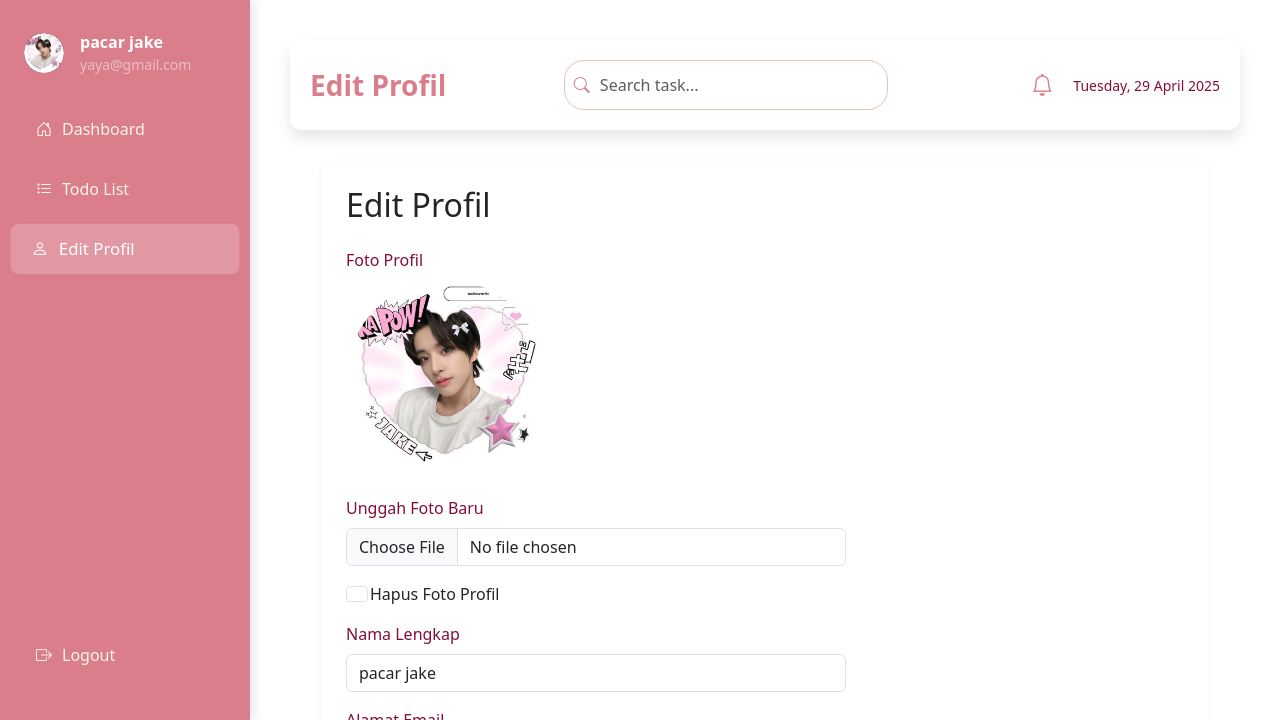
Repository: zhr-nabila/FloTime
Page: http://localhost/profile.php
An editor plug-in stored every save of this project. The page is shown before and after the next save, followed by the edit.
The browser window is 1280 px wide. The pictures show the whole page.
An inner scrolling area shows only its first screen. The page is run by PHP 8.4 with error messages shown; the project is at /var/www/html/. The session is filled in as if someone had signed in: {"email": "yaya@gmail.com", "status": "login", "user_id": 2}. Other server files are loaded and not shown. The database holds what the project's SQL file puts in it.

Above is the page before, as saved 2025-04-30 20:32:22.

### profile.php
<?php
session_start();
include 'koneksi.php';

if (!isset($_SESSION['email'])) {
    header("Location: login.php");
    exit;
}

$email = $_SESSION['email'];
$activePage = 'profile';

// Ambil data user
$query = mysqli_query($conn, "SELECT * FROM users WHERE email = '$email'");
$user = mysqli_fetch_assoc($query);

// Proses update
if ($_SERVER["REQUEST_METHOD"] == "POST") {
    $new_name = mysqli_real_escape_string($conn, $_POST['name']);
    $new_email = mysqli_real_escape_string($conn, $_POST['email']);
    $photo_name = $user['photo']; // default photo lama

    // Upload foto jika ada
    if (isset($_FILES['photo']) && $_FILES['photo']['error'] == 0) {
        $allowed = ['jpg', 'jpeg', 'png', 'gif'];
        $ext = strtolower(pathinfo($_FILES['photo']['name'], PATHINFO_EXTENSION));
        if (in_array($ext, $allowed)) {
            $filename = uniqid() . '.' . $ext;
            move_uploaded_file($_FILES['photo']['tmp_name'], 'uploads/' . $filename);
            // Hapus file lama
            if ($user['photo'] && file_exists('uploads/' . $user['photo'])) {
                unlink('uploads/' . $user['photo']);
            }
            $photo_name = $filename;
        }
    }

    // Hapus foto jika dipilih
    if (isset($_POST['delete_photo']) && $user['photo']) {
        if (file_exists('uploads/' . $user['photo'])) {
            unlink('uploads/' . $user['photo']);
        }
        $photo_name = null;
    }

    $update = mysqli_query($conn, "UPDATE users SET name='$new_name', email='$new_email', photo=" . ($photo_name ? "'$photo_name'" : "NULL") . " WHERE email='$email'");

    if ($update) {
        $_SESSION['email'] = $new_email;
        header("Location: profile.php");
        exit;
    } else {
        $error = "Gagal memperbarui profil.";
    }
}
?>

<!DOCTYPE html>
<html lang="id">
<head>
    <meta charset="UTF-8">
    <title>Edit Profil</title>
    <link rel="stylesheet" href="css/style.css">
    <link rel="stylesheet" href="css/profile.css">
    <link href="https://cdn.jsdelivr.net/npm/bootstrap@5.3.3/dist/css/bootstrap.min.css" rel="stylesheet">
    <link href="https://cdn.jsdelivr.net/npm/bootstrap-icons@1.10.5/font/bootstrap-icons.css" rel="stylesheet">
</head>
<body>

<?php include 'includes/sidebar.php'; ?>

<div class="main-content">
    <?php
    $pageTitle = "Edit Profil";
    include 'includes/topbar.php';
    ?>
    <div class="content p-4">
        <h2 class="mb-4">Edit Profil</h2>

        <form method="POST" enctype="multipart/form-data" class="form-profile">
            <div class="mb-3">
                <label class="form-label">Foto Profil</label><br>
                <?php if ($user['photo']) : ?>
                    <img src="uploads/<?= htmlspecialchars($user['photo']) ?>" alt="Foto" class="rounded-circle" width="200" height="200">
                <?php else : ?>
                    <div class="user-avatar-lg">
                        <?= strtoupper(substr($user['name'] ?: $user['email'], 0, 1)) ?>
                    </div>
                <?php endif; ?>
            </div>

            <div class="mb-3">
                <label for="photo" class="form-label">Unggah Foto Baru</label>
                <input type="file" name="photo" id="photo" class="form-control">
            </div>

            <?php if ($user['photo']) : ?>
                <div class="mb-3 form-check">
                    <input class="form-check-input" type="checkbox" name="delete_photo" id="delete_photo">
                    <label class="form-check-label" for="delete_photo">Hapus Foto Profil</label>
                </div>
            <?php endif; ?>

            <div class="mb-3">
                <label for="name" class="form-label">Nama Lengkap</label>
                <input type="text" name="name" id="name" class="form-control" value="<?= htmlspecialchars($user['name']) ?>" required>
            </div>

            <div class="mb-3">
                <label for="email" class="form-label">Alamat Email</label>
                <input type="email" name="email" id="email" class="form-control" value="<?= htmlspecialchars($user['email']) ?>" required>
            </div>

            <?php if (isset($error)) : ?>
                <div class="alert alert-danger"><?= $error ?></div>
            <?php endif; ?>

            <button type="submit" class="btn btn-primary">Simpan Perubahan</button>
        </form>
    </div>
</div>
</body>
</html>

### koneksi.php
<?php
$host = "localhost";
$user = "root";
$pass = "";
$db = "todolist";

$conn = mysqli_connect($host, $user, $pass, $db);

if (!$conn) {
    die("Koneksi gagal: " . mysqli_connect_error());
}

### includes/sidebar.php
<?php
if (!isset($_SESSION)) session_start();
include_once 'koneksi.php';

$email = $_SESSION['email'] ?? '';

// Ambil data user
$query = mysqli_query($conn, "SELECT * FROM users WHERE email = '$email'");
$user = mysqli_fetch_assoc($query);

// Ambil nama dan foto
$name = $user['name'] ?? '';
$avatar = $user['photo'] ?? null; // GUNAKAN 'photo' bukan 'avatar'

// Ambil inisial dari nama jika ada, kalau tidak dari email
$display_name = $name ?: $email;
$initial = strtoupper(substr($display_name, 0, 1));
?>

<div class="sidebar d-flex flex-column">
    <div class="px-4 d-flex align-items-center mb-4">
        <div class="user-avatar">
            <?php if ($avatar && file_exists("uploads/$avatar")): ?>
                <img src="uploads/<?= htmlspecialchars($avatar) ?>" alt="Avatar">
            <?php else: ?>
                <?= $initial ?>
            <?php endif; ?>
        </div>
        <div class="ms-3">
            <div class="fw-semibold"><?= htmlspecialchars($name ?: 'User') ?></div>
            <div class="small text-white-50"><?= htmlspecialchars($email) ?></div>
        </div>
    </div>
    <nav class="nav flex-column px-3">
        <a class="nav-link <?= ($activePage == 'dashboard') ? 'active' : '' ?>" href="dashboard.php">
            <i class="bi bi-house-door"></i> Dashboard
        </a>
        <a class="nav-link <?= ($activePage == 'todo') ? 'active' : '' ?>" href="todo.php">
            <i class="bi bi-list-task"></i> Todo List
        </a>
        <a class="nav-link <?= ($activePage == 'profile') ? 'active' : '' ?>" href="profile.php">
            <i class="bi bi-person"></i> Edit Profil
        </a>
        <a class="nav-link logout" href="logout.php">
            <i class="bi bi-box-arrow-right"></i> Logout
        </a>
    </nav>
</div>

### includes/topbar.php
<div class="header">
    <div class="title"><?= isset($pageTitle) ? htmlspecialchars($pageTitle) : 'Untitled'; ?></div>
    <div class="search-bar">
        <form method="GET" action="todo.php" class="d-flex">
            <input type="text" name="search" class="form-control" placeholder="Search task..." value="<?= isset($_GET['search']) ? htmlspecialchars($_GET['search']) : '' ?>">
            <button type="submit" class="btn"><i class="bi bi-search"></i></button>
        </form>
    </div>

    <div class="notifications">
        <i class="bi bi-bell"></i>
        <div class="date"><?= date('l, d F Y') ?></div>
    </div>
</div>

### css/style.css
@import url('https://fonts.googleapis.com/css2?family=Poppins:wght@500&display=swap');

:root {
    --c0: #ffffff;
    --c1: #E3919F;
    --c2: #E7C0BC;
    --c3: #370808;
    --c4: #D97E8A;
    --c5: #EC9FAB;
    --c6: #000000;
    /* gradient */
    --c7: #850e35;
    --c8: #ee6983;
    --c9: #ffc4c4;
    --c10: #fff5e4;
    --c11: #d1d5db;
}


*:not(input):not(textarea):not([contenteditable="true"]) {
    caret-color: transparent !important;
}

input,
textarea,
[contenteditable="true"] {
    caret-color: auto;
    outline: none;
    padding: 6px 10px;
    border-radius: 5px;
    transition: border 0.2s ease;
}

body {
    background: #f5f8fa;
    font-family: 'Segoe UI', sans-serif;
    margin: 0;
    padding: 0;
    overflow: hidden;
}

html,
body {
    height: 100%;
}


::-webkit-scrollbar {
    display: none;
}

.main-content {
    margin-left: 250px;
    padding: 40px;
    height: 100vh;
    overflow-y: auto;
}


.sidebar {
    height: 100vh;
    background: var(--c4);
    color: var(--c0);
    padding-top: 30px;
    position: fixed;
    width: 250px;
    transition: all 0.3s;
    box-shadow: 4px 0 10px rgba(0, 0, 0, 0.1);
}

.sidebar .nav-link {
    color: var(--c10);
    padding: 12px 20px;
    margin: 6px 0;
    border-radius: 8px;
    display: flex;
    align-items: center;
    gap: 10px;
    transition: all 0.3s ease;
    font-size: 16px;
}

.sidebar .nav-link:hover,
.sidebar .nav-link.active {
    background-color: rgba(255, 255, 255, 0.2);
    color: var(--c0);
    transform: scale(1.05);
}

.sidebar .nav-link.logout {
    color: var(--c10);
    padding: 12px 20px;
    margin: 22rem 0;
    border-radius: 8px;
    display: flex;
    align-items: center;
    gap: 10px;
    transition: all 0.3s ease;
    font-size: 16px;
}

.sidebar .nav-link.logout:hover {
    background-color: rgba(255, 255, 255, 0.2);
    color: var(--c0);
    transform: scale(1.05);
}

.main-content {
    margin-left: 250px;
    padding: 40px;
}

.header {
    display: flex;
    justify-content: space-between;
    align-items: center;
    padding: 20px;
    background: var(--c0);
    border-radius: 12px;
    box-shadow: 0 8px 15px rgba(0, 0, 0, 0.1);
    margin-bottom: 20px;
}

.header .title {
    font-size: 28px;
    font-weight: bold;
    color: var(--c4);
}

.header .search-bar {
    position: relative;
    width: 350px;
}

.header .search-bar input {
    width: 100%;
    padding: 12px 40px 12px 35px;
    border-radius: 20px;
    border: 1px solid var(--c2);
    font-size: 16px;
    transition: border 0.3s;
}

.header .search-bar input:focus {
    border: 1px solid var(--c4);
    outline: none;
}

.header .search-bar i {
    position: absolute;
    top: 50%;
    left: 10px;
    transform: translateY(-50%);
    color: var(--c4);
}

.header .notifications {
    display: flex;
    align-items: center;
    gap: 20px;
}

.header .notifications .bi {
    font-size: 22px;
    cursor: pointer;
    color: var(--c4);
    transition: color 0.3s;
}

.header .notifications .bi:hover {
    color: var(--c7);
}

.card-welcome {
    background: linear-gradient(135deg, var(--c9), var(--c10));
    border-radius: 10px 60px 30px;
    box-shadow: 0 15px 30px rgba(0, 0, 0, 0.1);
    padding: 30px;
    animation: fadeIn 0.6s ease;
    margin-bottom: 30px;
    color: var(--c7);
    border: none;
}

.user-avatar {
    width: 40px;
    height: 40px;
    border-radius: 50%;
    background-color: var(--c7);
    color: var(--c0);
    display: flex;
    align-items: center;
    justify-content: center;
    font-weight: bold;
    font-size: 18px;
    overflow: hidden;
    flex-shrink: 0;
}

.user-avatar img {
    width: 100%;
    height: 100%;
    object-fit: cover;
    border-radius: 50%;
    display: block;
}
.user-avatar {
    width: 40px;
    height: 40px;
    border-radius: 50%;
    background-color: var(--c7);
    color: var(--c0);
    display: flex;
    align-items: center;
    justify-content: center;
    font-weight: bold;
    font-size: 18px;
    overflow: hidden;
    flex-shrink: 0;
}

.user-avatar img {
    width: 100%;
    height: 100%;
    object-fit: cover;
    border-radius: 50%;
    display: block;
}


.date {
    font-size: 14px;
    color: var(--c7);
}

@keyframes fadeIn {
    from {
        opacity: 0;
        transform: translateY(20px);
    }

    to {
        opacity: 1;
        transform: translateY(0);
    }
}

/* Mobile Responsiveness */
@media (max-width: 768px) {
    .sidebar {
        width: 200px;
    }

    .main-content {
        margin-left: 200px;
    }

    .header .title {
        font-size: 24px;
    }

    .header .search-bar {
        width: 250px;
    }
}

/* todo */

.container {
    animation: fadeIn 0.6s ease;
}

.premium-form {
    background-color: var(--c9);
    border: 2px solid var(--c2);
    border-radius: 12px;
}

.btn-gradient {
    background-color: var(--c7);
    color: white;
    border: none;
    transition: 0.3s ease;
    border-radius: 10px;
    padding: 10px;
}

.btn-gradient:hover {
    transform: scale(1.02);
    background-color: var(--c8);
    color: var(--c0);
    box-shadow: 0 4px 8px rgba(0, 0, 0, 0.15);
}

.form-control-sm {
    font-size: 14px;
    padding: 0.8rem 1rem;
    border: none;
}

.form-label {
    color: var(--c7);
}

.premium-table th {
    font-weight: 600;
    background-color: var(--c9);
    color: var(--c7);
}

.premium-table td {
    vertical-align: middle;
    padding-top: 16px;
    padding-bottom: 16px;
    font-size: 15px;
}

.table-hover tbody tr:hover {
    background-color: #fdf2f2;
    transition: 0.3s;
}

.table td,
.table th {
    text-align: center;
}

.btn-icon {
    width: 38px;
    height: 38px;
    padding: 0;
    border-radius: 50%;
    display: inline-flex;
    align-items: center;
    justify-content: center;
    font-size: 1.1rem;
    transition: all 0.3s ease-in-out;
}

.btn-icon:hover {
    box-shadow: 0 0 10px rgba(100, 180, 255, 0.4);
    transform: scale(1.08);
}

### css/profile.css
/* profile.css */
body {
    background-color: #f5f5f5;
    font-family: 'Segoe UI', Tahoma, Geneva, Verdana, sans-serif;
}

.container-fluid {
    min-height: 100vh;
}

.content {
    flex-grow: 1;
    background-color: white;
    border-radius: 8px;
    box-shadow: 0 2px 8px rgba(0, 0, 0, 0.05);
    margin: 2rem;
}

.form-profile {
    max-width: 500px;
}

.form-label {
    font-weight: 500;
}

.btn-primary {
    background-color: #6c63ff;
    border: none;
    padding: 0.5rem 1.2rem;
    font-weight: 500;
    border-radius: 5px;
    transition: background-color 0.2s ease;
}

.btn-primary:hover {
    background-color: #574b90;
}

.photo-user {
    width: 100%;
    height: 100%;
    object-fit: cover;
    border-radius: 50%;
    display: block;
}

### todolist.sql (the tables this page reads)
CREATE TABLE `users` (
  `id` int(11) NOT NULL,
  `email` varchar(255) NOT NULL,
  `name` varchar(100) DEFAULT NULL,
  `password` varchar(255) NOT NULL,
  `photo` varchar(255) DEFAULT NULL
) ENGINE=InnoDB DEFAULT CHARSET=utf8mb4 COLLATE=utf8mb4_general_ci;

INSERT INTO `users` (`id`, `email`, `name`, `password`, `photo`) VALUES
(2, 'yaya@gmail.com', 'pacar jake', '1234', '682bf641de05a.jpeg');

ALTER TABLE `users`
  ADD PRIMARY KEY (`id`),
  ADD UNIQUE KEY `email` (`email`);

ALTER TABLE `users`
  MODIFY `id` int(11) NOT NULL AUTO_INCREMENT, AUTO_INCREMENT=4;

After the next save:
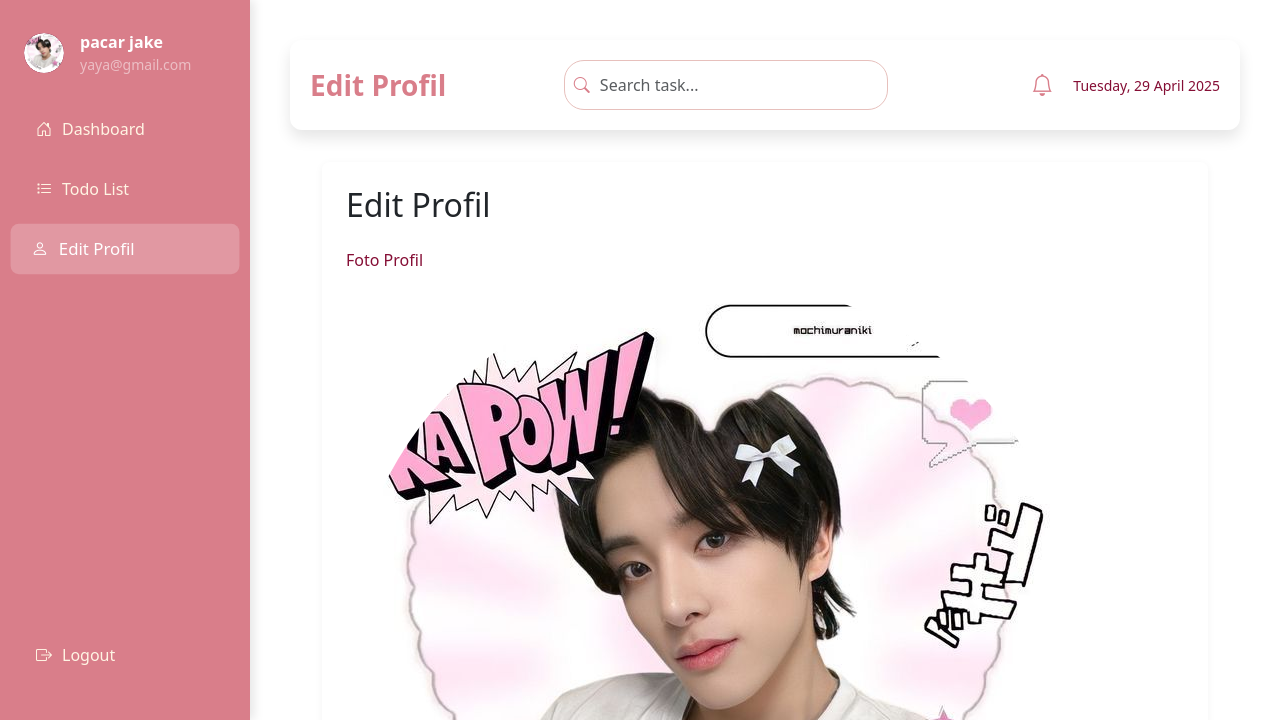
Saved 5 s later.
--- a/profile.php
+++ b/profile.php
@@ -81,7 +81,7 @@ if ($_SERVER["REQUEST_METHOD"] == "POST") {
             <div class="mb-3">
                 <label class="form-label">Foto Profil</label><br>
                 <?php if ($user['photo']) : ?>
-                    <img src="uploads/<?= htmlspecialchars($user['photo']) ?>" alt="Foto" class="rounded-circle" width="200" height="200">
+                    <img src="uploads/<?= htmlspecialchars($user['photo']) ?>" alt="Foto" class="rounded-circle">
                 <?php else : ?>
                     <div class="user-avatar-lg">
                         <?= strtoupper(substr($user['name'] ?: $user['email'], 0, 1)) ?>
